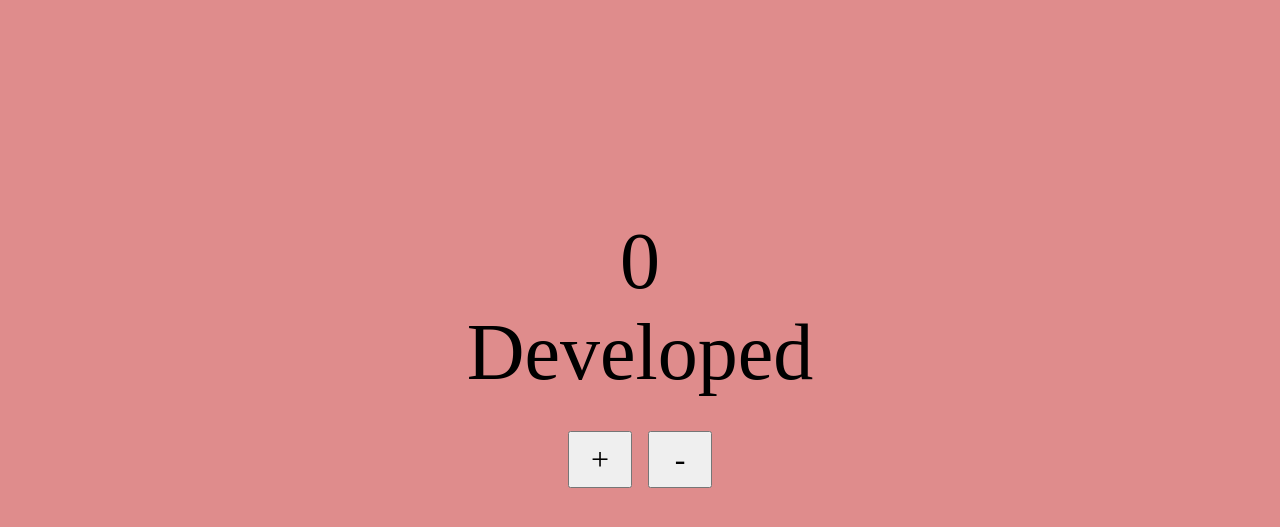
Repository: nasimqureshi/counter-in-redux
Page: /
An editor plug-in stored every save of this project. The page is shown before and after the next save, followed by the edit.
The browser window is 1280 px wide. The pictures show the whole page.
The project was rebuilt for these pictures with package versions that can differ from the ones it lists, and the page was loaded fresh each time.

Above is the page before, as saved 2024-10-16 22:58:09.

### src/index.js
import React from 'react';
import ReactDOM from 'react-dom';
import './index.css';
import App from './App';
import { store } from './app/store';
import { Provider } from 'react-redux';

ReactDOM.render(
  <React.StrictMode>
    <Provider store={store}>
      <App />
    </Provider>
  </React.StrictMode>,
  document.getElementById('root')
);

### src/index.css
* {
  margin: 0;
  padding: 0;
  box-sizing: border-box;
}

body {
  min-height: 100vh;
  font-size: 5rem;
  display: grid;
  place-content: center;
  background-color: #df8c8c;
}

input,
button {
  font: inherit;
  padding: 0.5rem;
}

section {
  display: flex;
  flex-direction: column;
  justify-content: center;
  align-items: center;
}

input {
  text-align: center;
  max-width: 2.5em;
}

button {
  font-size: 2rem;
  margin: 0.5em 0 0.5em 0.5em;
  min-width: 2em;
}

button:first-child {
  margin-left: 0;
}

### src/App.js

import Counter from "./features/counter/Counter";
function App() {
  return (
    <div className="App">
      <Counter />
    </div>
  );
}

export default App;

### src/app/store.js
import { configureStore } from "@reduxjs/toolkit";
import counterReducer from '../features/counter/counterSlice';

export const store = configureStore({
  reducer: {
    counter: counterReducer,
  }
})

### src/features/counter/Counter.js
import React from 'react';
import { useSelector, useDispatch } from 'react-redux';
import { increment, decrement } from './counterSlice';

const Counter = () => {
  const count = useSelector((state) => state.counter.count);
  const dispatch = useDispatch();

  return (
    <section>
      <p>{count}</p>
      <p>Developed </p>
      <div>
        <button onClick={()=> dispatch(increment())}>+</button>
        <button onClick={()=> dispatch(decrement())}>-</button>
      </div>
    </section>
  );
}

export default Counter;

### src/features/counter/counterSlice.js
import { createSlice } from '@reduxjs/toolkit'

const initialState = {
  count: 0
}
export const counterSlice = createSlice({
    name:'counter',
    initialState,
    reducers: {
      increment: (state) => {
        state.count += 1;
      },
      decrement: (state) => {
        state.count -= 1;
      }
    }
})
export const { increment, decrement } = counterSlice.actions;
export default counterSlice.reducer;

Loaded but not shown: public/index.html (common file)

After the next save:
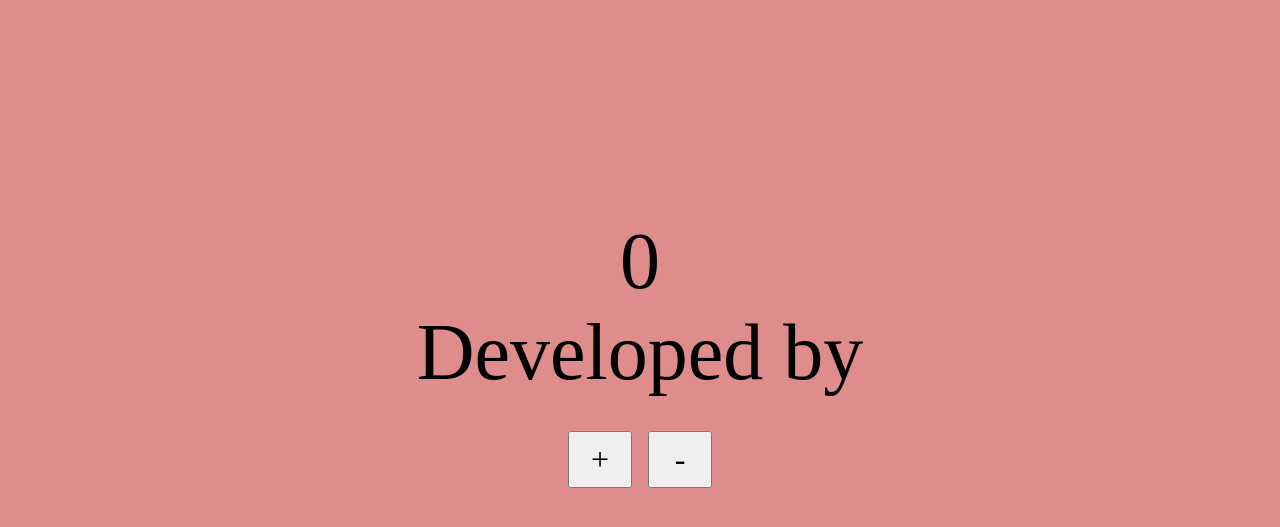
Saved 6 s later.
--- a/src/features/counter/Counter.js
+++ b/src/features/counter/Counter.js
@@ -9,7 +9,7 @@ const Counter = () => {
   return (
     <section>
       <p>{count}</p>
-      <p>Developed </p>
+      <p>Developed by </p>
       <div>
         <button onClick={()=> dispatch(increment())}>+</button>
         <button onClick={()=> dispatch(decrement())}>-</button>
